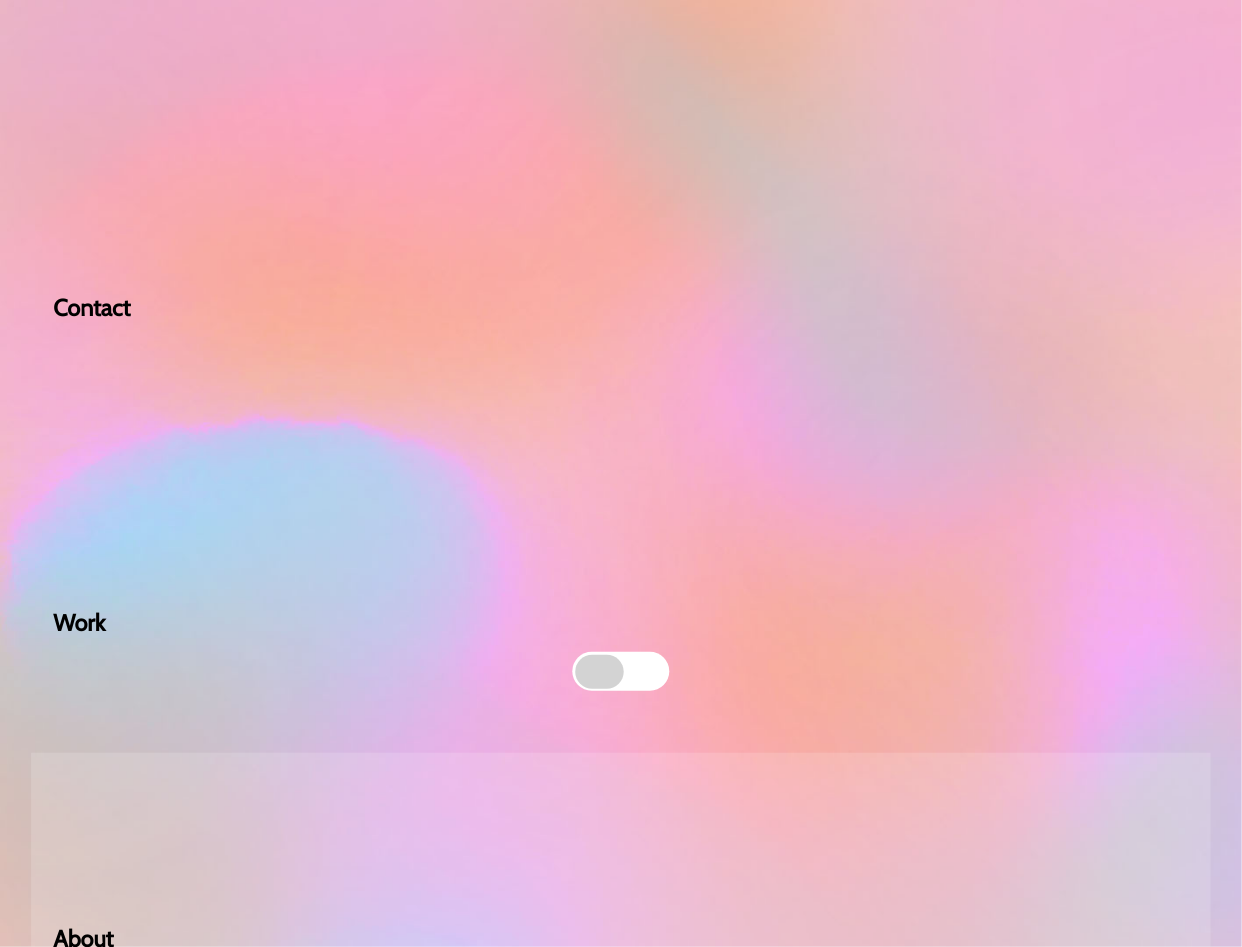
Repository: shaelorch/shaelorch-portfolio
Page: /aboutme
An editor plug-in stored every save of this project. The page is shown before and after the next save, followed by the edit.
The browser window is 1280 px wide. The pictures show the whole page, at 97% of full size.
The project was rebuilt for these pictures with package versions that can differ from the ones it lists, and the page was loaded fresh each time. The framework's server and built-in components were replaced by stand-ins that run in the browser. Also part of the build but not shown: next.config.js.

Above is the page before, as saved 2023-03-03 17:03:40.

After the next save:
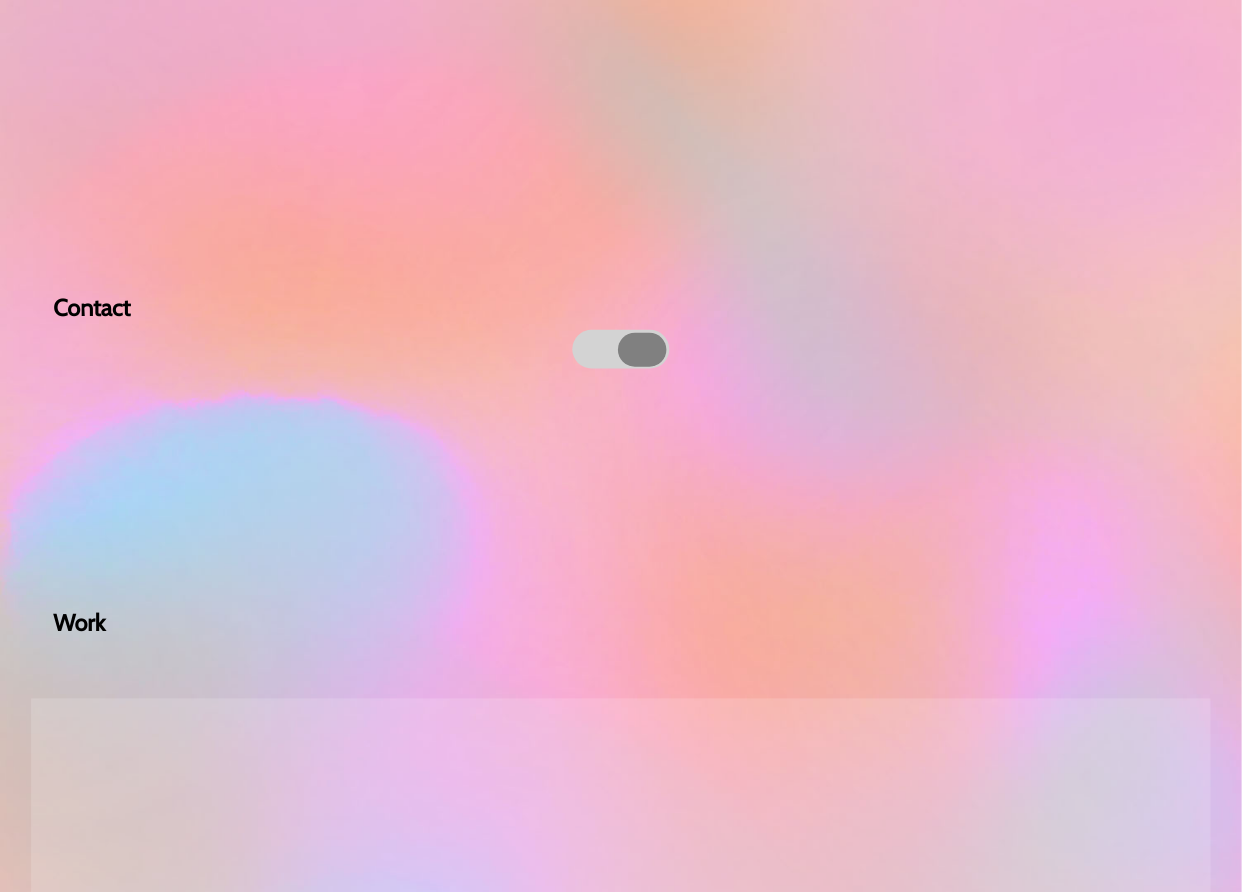
Saved 29 s later.
--- a/pages/aboutme.js
+++ b/pages/aboutme.js
@@ -5,6 +5,7 @@ import { Player, Controls } from '@lottiefiles/react-lottie-player';
 import NavBar from '../components/navbar';
 import Link from 'next/link';
 import Switch from '../components/switch';
+
 
 
 
@@ -57,7 +58,11 @@ export default function Home() {
         </Player>
       </div> */}
 
-     <Switch />
+    <div className={styles.switchclick}>
+                    <Link href="/">
+                       <div className={styles.switchbutclick} ></div>
+                    </Link>
+    </div>
 
       </main>
 
